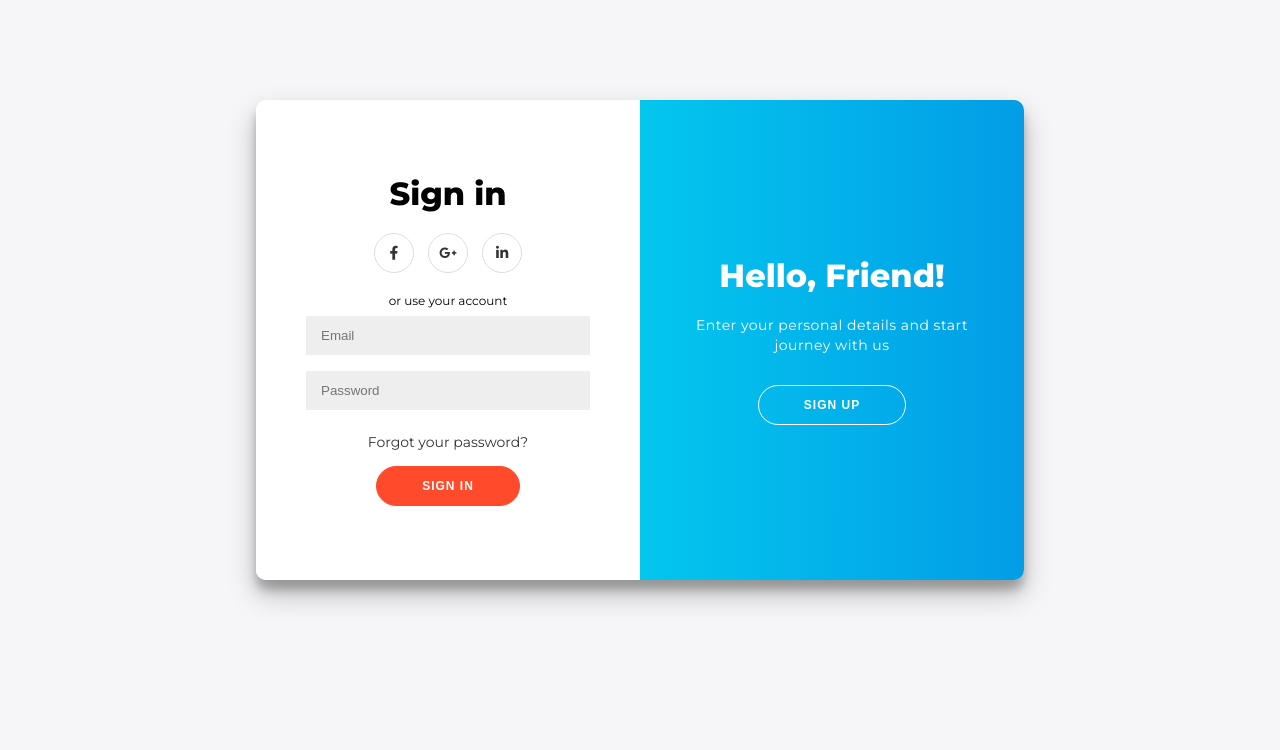
Repository: tranvanthinh/Login_register
Page: index.html
An editor plug-in stored every save of this project. The page is shown before and after the next save, followed by the edit.
The browser window is 1280 px wide. The pictures show the whole page.
Some web libraries are served in a nearby version.

Above is the page before, as saved 2021-12-30 20:23:37.

### index.html
<!DOCTYPE html>
<html lang="en">
<head>
    <meta charset="UTF-8">
    <meta http-equiv="X-UA-Compatible" content="IE=edge">
    <meta name="viewport" content="width=device-width, initial-scale=1.0">
    <title>Login and Register</title>
    <link rel="stylesheet" href="./css/style.css">
    <link rel="stylesheet" href="https://cdnjs.cloudflare.com/ajax/libs/font-awesome/5.14.0/css/all.min.css">
</head>
<body>
<div class="container" id="container">
  <div class="form-container sign-up-container">
    <form action="#">
      <h1>Create Account</h1>
      <div class="social-container">
        <a href="#" class="social"><i class="fab fa-facebook-f"></i></a>
        <a href="#" class="social"><i class="fab fa-google-plus-g"></i></a>
        <a href="#" class="social"><i class="fab fa-linkedin-in"></i></a>
      </div>
      <span>or use your email for registration</span>
      <input type="text" placeholder="Name" />
      <input type="email" placeholder="Email" />
      <input type="password" placeholder="Password" />
      <button>Sign Up</button>
    </form>
  </div>
  <div class="form-container sign-in-container">
    <form action="#">
      <h1>Sign in</h1>
      <div class="social-container">
        <a href="#" class="social"><i class="fab fa-facebook-f"></i></a>
        <a href="#" class="social"><i class="fab fa-google-plus-g"></i></a>
        <a href="#" class="social"><i class="fab fa-linkedin-in"></i></a>
      </div>
      <span>or use your account</span>
      <input type="email" placeholder="Email" />
      <input type="password" placeholder="Password" />
      <a href="#">Forgot your password?</a>
      <button>Sign In</button>
    </form>
  </div>
  <div class="overlay-container">
    <div class="overlay">
      <div class="overlay-panel overlay-left">
        <h1>Welcome Back!</h1>
        <p>To keep connected with us please login with your personal info</p>
        <button class="ghost" id="signIn">Sign In</button>
      </div>
      <div class="overlay-panel overlay-right">
        <h1>Hello, Friend!</h1>
        <p>Enter your personal details and start journey with us</p>
        <button class="ghost" id="signUp">Sign Up</button>
      </div>
    </div>
  </div>
</div>

<script>
    let signUpButton = document.getElementById('signUp');
    let signInButton = document.getElementById('signIn');
    let container = document.getElementById('container');

    signUpButton.addEventListener('click', function() {
      container.classList.add("right-panel-active");
  });

    signInButton.addEventListener('click', function() {
      container.classList.remove("right-panel-active");
  });
</script>
</body>
</html>

### css/style.css
@import url('https://fonts.googleapis.com/css?family=Montserrat:400,800');

* {
  margin: 0;
  padding: 0;
  box-sizing: border-box;
}

body {
  background: #f6f5f7;
  display: flex;
  justify-content: center;
  align-items: center;
  flex-direction: column;
  font-family: 'Montserrat', sans-serif;
  height: 100vh;
  margin: -20px 0 50px;
}

h1 {
  font-weight: bold;
  margin: 0;
}

h2 {
  text-align: center;
}

p {
  font-size: 14px;
  font-weight: 100;
  line-height: 20px;
  letter-spacing: 0.5px;
  margin: 20px 0 30px;
}

span {
  font-size: 12px;
}

a {
  color: #333;
  font-size: 14px;
  text-decoration: none;
  margin: 15px 0;
}

button {
  border-radius: 20px;
  border: 1px solid #FF4B2B;
  background-color: #FF4B2B;
  color: #FFFFFF;
  font-size: 12px;
  font-weight: bold;
  padding: 12px 45px;
  letter-spacing: 1px;
  text-transform: uppercase;
  transition: transform 80ms ease-in;
  cursor: pointer;
}

button:active {
  transform: scale(0.9);
}

button:focus {
  outline: none;
}

button.ghost {
  background-color: transparent;
  border-color: #FFFFFF;
}

form {
  background-color: #FFFFFF;
  display: flex;
  align-items: center;
  justify-content: center;
  flex-direction: column;
  padding: 0 50px;
  height: 100%;
  text-align: center;
}

input {
  background-color: #eee;
  border: none;
  padding: 12px 15px;
  margin: 8px 0;
  width: 100%;
  outline: none;
}

.container {
  background-color: #fff;
  border-radius: 10px;
  box-shadow: 0 14px 28px rgba(0,0,0,0.25),
      0 10px 10px rgba(0,0,0,0.22);
  position: relative;
  overflow: hidden;
  width: 768px;
  max-width: 100%;
  min-height: 480px;
}

.form-container {
  position: absolute;
  top: 0;
  height: 100%;
  transition: all 0.6s ease-in-out;
}

.sign-in-container {
  left: 0;
  width: 50%;
  z-index: 2;
}

.container.right-panel-active .sign-in-container {
  transform: translateX(100%);
}

.sign-up-container {
  left: 0;
  width: 50%;
  opacity: 0;
  z-index: 1;
}

.container.right-panel-active .sign-up-container {
  transform: translateX(100%);
  opacity: 1;
  z-index: 5;
  animation: show 0.6s;
}

@keyframes show {
  0%, 49.99% {
    opacity: 0;
    z-index: 1;
  }

  50%, 100% {
    opacity: 1;
    z-index: 5;
  }
}

.overlay-container {
  position: absolute;
  top: 0;
  left: 50%;
  width: 50%;
  height: 100%;
  overflow: hidden;
  transition: transform 0.6s ease-in-out;
  z-index: 100;
}

.container.right-panel-active .overlay-container{
  transform: translateX(-100%);
}

.overlay {
  background-color: #FF416C;
  background: -webkit-linear-gradient(to right, #05f0f8, #029de6);
  background: linear-gradient(to right, #05f0f8, #029de6);
  background-repeat: no-repeat;
  background-size: cover;
  background-position: 0 0;
  color: #FFFFFF;
  position: relative;
  left: -100%;
  height: 100%;
  width: 200%;
    transform: translateX(0);
  transition: transform 0.6s ease-in-out;
}

.container.right-panel-active .overlay {
    transform: translateX(50%);
}

.overlay-panel {
  position: absolute;
  display: flex;
  align-items: center;
  justify-content: center;
  flex-direction: column;
  padding: 0 40px;
  text-align: center;
  top: 0;
  height: 100%;
  width: 50%;
  transform: translateX(0);
  transition: transform 0.6s ease-in-out;
}

.overlay-left {
  transform: translateX(-20%);
}

.container.right-panel-active .overlay-left {
  transform: translateX(0);
}

.overlay-right {
  right: 0;
  transform: translateX(0);
}

.container.right-panel-active .overlay-right {
  transform: translateX(20%);
}

.social-container {
  margin: 20px 0;
}

.social-container a {
  border: 1px solid #DDDDDD;
  border-radius: 50%;
  display: inline-flex;
  justify-content: center;
  align-items: center;
  margin: 0 5px;
  height: 40px;
  width: 40px;
}

After the next save:
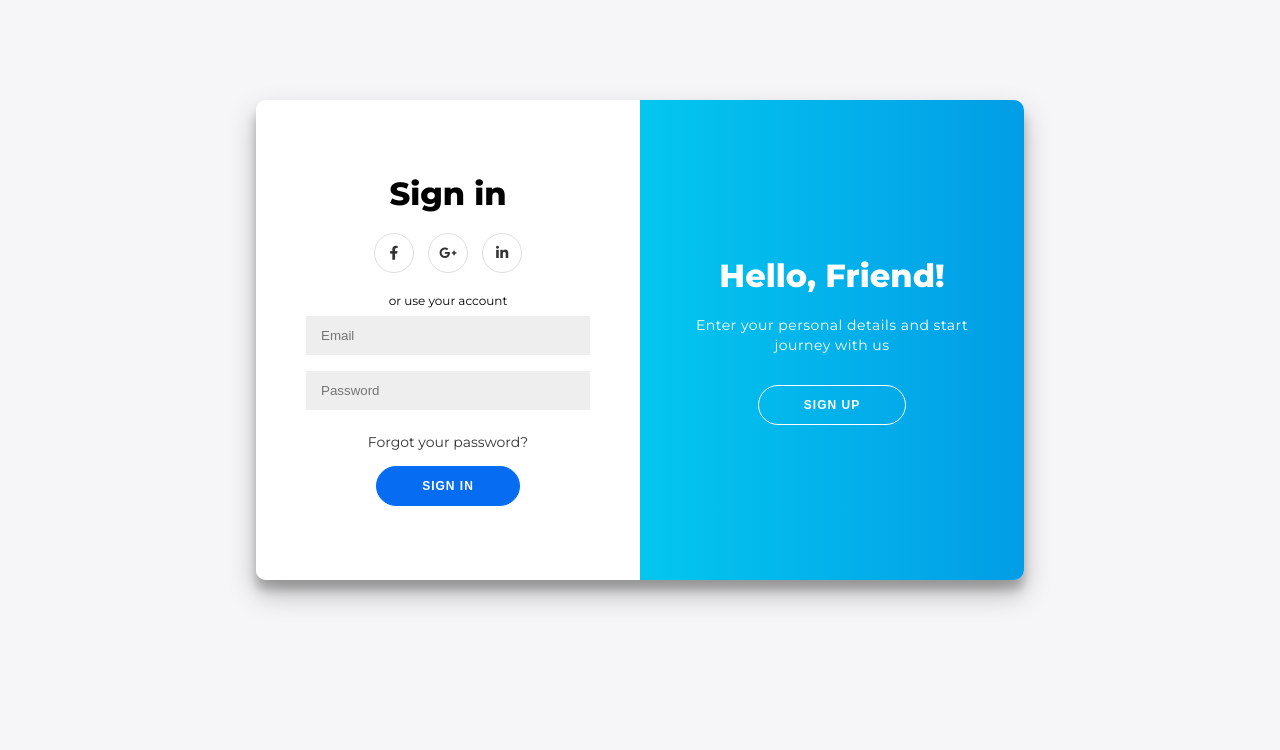
Saved 48 s later.
--- a/css/style.css
+++ b/css/style.css
@@ -47,8 +47,8 @@ a {
 
 button {
   border-radius: 20px;
-  border: 1px solid #FF4B2B;
-  background-color: #FF4B2B;
+  border: 1px solid #066cf1;
+  background-color: #066cf1;
   color: #FFFFFF;
   font-size: 12px;
   font-weight: bold;
